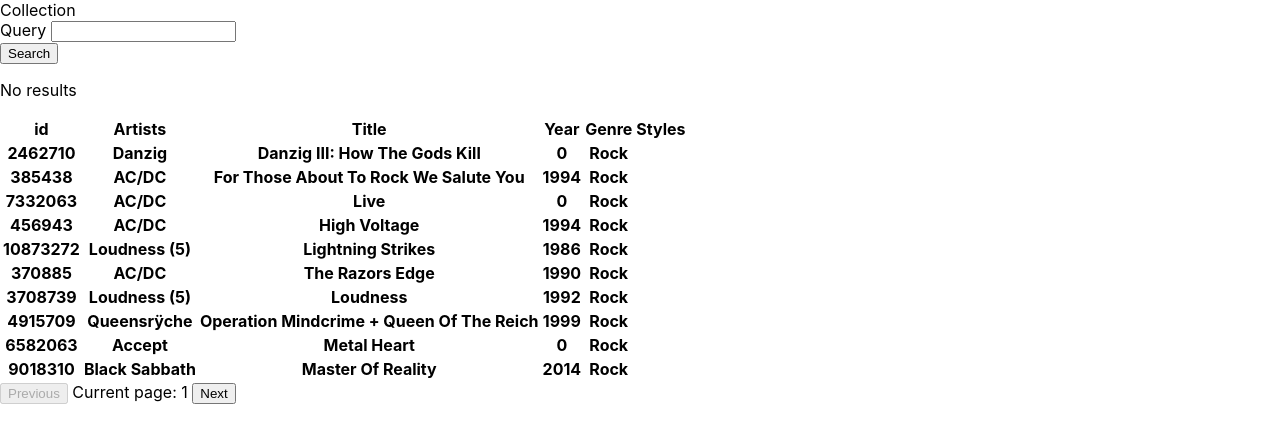
Repository: ivan-baljkas/pristupni_zadatak
Page: / (app in frontend/react-akademija-master/)
The author's editor kept a copy of each file at every save. The page is drawn from the files as they stood at one save, then again after the next save.
The browser window is 1280 px wide. The pictures show the whole page.
The project was rebuilt for these pictures with package versions that can differ from the ones it lists, and the page was loaded fresh each time.

Above is the page before, as saved 2021-07-21 13:34:02.

### frontend/react-akademija-master/src/App.js
import React from "react";
import { SearchForm } from "./components/SearchForm";
import { CollectionTable } from "./components/CollectionTable";
import { TableItem } from "./components/TableItem";
import { Pagination } from "./components/Pagination";
import data from "./data.json";

const App = () => {
  console.log(data);

  return (
    <div>
      <header>
        Collection
      </header>
      <SearchForm>
          No results
        </SearchForm>
        <CollectionTable>
        {data.releases.map(release=>(
          <TableItem id={release.id} {...release}/>
        ))}
        </CollectionTable>
        <Pagination currentPage={1} pages={2} />
    </div>
  );
};

export default App;

### frontend/react-akademija-master/src/components/SearchForm.jsx
import React, { Component } from 'react'

export const SearchForm = (props) =>{

    return(
        <div>
            <div>
                <label htmlFor="query">Query </label>
                <input type="text" id="query"/>
            </div>
            <div>
                <button type="button">Search</button>
                <p>{props.children}</p>
            </div>

        </div>
    );
};

### frontend/react-akademija-master/src/components/CollectionTable.jsx
import React, { Component } from 'react'
import { TableItem } from './TableItem';
export const CollectionTable = (props) =>{

    return(
        <div>
            <table>
            <thead>
                <tr>
                    <th>id</th>
                    <th>Artists</th>
                    <th>Title</th>
                    <th>Year</th>
                    <th>Genre</th>
                    <th>Styles</th>
                </tr>
            </thead>
             <tbody>
                {props.children}
            </tbody>

            </table>
        </div>
    );
};

### frontend/react-akademija-master/src/components/TableItem.jsx
import React, { Component } from 'react'

export const TableItem = (props) =>{

    return(
                <tr>
                    <th>{props.id}</th>
                    <th>{props.basic_information.artists[0].name}</th>
                    <th>{props.basic_information.title}</th>
                    <th>{props.basic_information.year}</th>
                    <th>{props.basic_information.genres}</th>
                    <th>{props.styles}</th>
                </tr>
    );
};

### frontend/react-akademija-master/src/components/Pagination.jsx
import React, { Component } from 'react'

export const Pagination = (props) =>{

    return(
        <div>
            <button type="button" disabled = {props.currentPage === 1}>Previous</button>
             <span>  Current page:  {props.currentPage} </span>
             <button type="button"disabled = {props.currentPage === props.pages}>Next</button>
        </div>
    );
};

### frontend/react-akademija-master/src/data.json
{
  "pagination": {
    "page": 1,
    "pages": 26,
    "per_page": 10,
    "items": 255,
    "urls": {
      "first": "https://api.discogs.com/users/adrianmusiccollector/collection/folders/0/releases?per_page=10&page=1",
      "last": "https://api.discogs.com/users/adrianmusiccollector/collection/folders/0/releases?per_page=10&page=26",
      "prev": "https://api.discogs.com/users/adrianmusiccollector/collection/folders/0/releases?per_page=10&page=1",
      "next": "https://api.discogs.com/users/adrianmusiccollector/collection/folders/0/releases?per_page=10&page=3"
    }
  },
  "releases": [
    {
      "id": 2462710,
      "instance_id": 495199692,
      "date_added": "2020-08-04T08:57:28-07:00",
      "rating": 0,
      "basic_information": {
        "id": 2462710,
        "master_id": 28197,
        "master_url": "https://api.discogs.com/masters/28197",
        "resource_url": "https://api.discogs.com/releases/2462710",
        "thumb": "",
        "cover_image": "",
        "title": "Danzig III: How The Gods Kill",
        "year": 0,
        "formats": [
          { "name": "CD", "qty": "1", "descriptions": ["Album", "Reissue"] }
        ],
        "labels": [
          {
            "name": "American Recordings",
            "catno": "491785 2",
            "entity_type": "1",
            "entity_type_name": "Label",
            "id": 2569,
            "resource_url": "https://api.discogs.com/labels/2569"
          },
          {
            "name": "Columbia",
            "catno": "02-491785-10",
            "entity_type": "1",
            "entity_type_name": "Label",
            "id": 1866,
            "resource_url": "https://api.discogs.com/labels/1866"
          }
        ],
        "artists": [
          {
            "name": "Danzig",
            "anv": "",
            "join": "",
            "role": "",
            "tracks": "",
            "id": 217411,
            "resource_url": "https://api.discogs.com/artists/217411"
          }
        ],
        "genres": ["Rock"],
        "styles": ["Blues Rock", "Hard Rock", "Heavy Metal"]
      }
    },
    {
      "id": 385438,
      "instance_id": 495284040,
      "date_added": "2020-08-04T15:46:56-07:00",
      "rating": 0,
      "basic_information": {
        "id": 385438,
        "master_id": 8636,
        "master_url": "https://api.discogs.com/masters/8636",
        "resource_url": "https://api.discogs.com/releases/385438",
        "thumb": "",
        "cover_image": "",
        "title": "For Those About To Rock We Salute You",
        "year": 1994,
        "formats": [
          {
            "name": "CD",
            "qty": "1",
            "descriptions": ["Album", "Reissue", "Remastered"]
          }
        ],
        "labels": [
          {
            "name": "ATCO Records",
            "catno": "7567-92412-2",
            "entity_type": "1",
            "entity_type_name": "Label",
            "id": 3820,
            "resource_url": "https://api.discogs.com/labels/3820"
          }
        ],
        "artists": [
          {
            "name": "AC/DC",
            "anv": "",
            "join": "",
            "role": "",
            "tracks": "",
            "id": 84752,
            "resource_url": "https://api.discogs.com/artists/84752"
          }
        ],
        "genres": ["Rock"],
        "styles": ["Hard Rock"]
      }
    },
    {
      "id": 7332063,
      "instance_id": 495260051,
      "date_added": "2020-08-04T14:14:50-07:00",
      "rating": 0,
      "basic_information": {
        "id": 7332063,
        "master_id": 8580,
        "master_url": "https://api.discogs.com/masters/8580",
        "resource_url": "https://api.discogs.com/releases/7332063",
        "thumb": "",
        "cover_image": "",
        "title": "Live",
        "year": 0,
        "formats": [
          { "name": "CD", "qty": "2", "descriptions": ["Album", "Reissue"] }
        ],
        "labels": [
          {
            "name": "ATCO Records",
            "catno": "7567-92212-2",
            "entity_type": "1",
            "entity_type_name": "Label",
            "id": 3820,
            "resource_url": "https://api.discogs.com/labels/3820"
          },
          {
            "name": "Albert Productions",
            "catno": "7567-92212-2",
            "entity_type": "1",
            "entity_type_name": "Label",
            "id": 33440,
            "resource_url": "https://api.discogs.com/labels/33440"
          }
        ],
        "artists": [
          {
            "name": "AC/DC",
            "anv": "",
            "join": "",
            "role": "",
            "tracks": "",
            "id": 84752,
            "resource_url": "https://api.discogs.com/artists/84752"
          }
        ],
        "genres": ["Rock"],
        "styles": ["Hard Rock", "Rock & Roll"]
      }
    },
    {
      "id": 456943,
      "instance_id": 495284592,
      "date_added": "2020-08-04T15:48:52-07:00",
      "rating": 0,
      "basic_information": {
        "id": 456943,
        "master_id": 8437,
        "master_url": "https://api.discogs.com/masters/8437",
        "resource_url": "https://api.discogs.com/releases/456943",
        "thumb": "",
        "cover_image": "",
        "title": "High Voltage",
        "year": 1994,
        "formats": [
          {
            "name": "CD",
            "qty": "1",
            "descriptions": ["Album", "Reissue", "Remastered"]
          }
        ],
        "labels": [
          {
            "name": "ATCO Records",
            "catno": "7567-92413-2",
            "entity_type": "1",
            "entity_type_name": "Label",
            "id": 3820,
            "resource_url": "https://api.discogs.com/labels/3820"
          },
          {
            "name": "ATCO Records",
            "catno": "92413-2",
            "entity_type": "1",
            "entity_type_name": "Label",
            "id": 3820,
            "resource_url": "https://api.discogs.com/labels/3820"
          }
        ],
        "artists": [
          {
            "name": "AC/DC",
            "anv": "",
            "join": "",
            "role": "",
            "tracks": "",
            "id": 84752,
            "resource_url": "https://api.discogs.com/artists/84752"
          }
        ],
        "genres": ["Rock"],
        "styles": ["Hard Rock"]
      }
    },
    {
      "id": 10873272,
      "instance_id": 719463895,
      "date_added": "2021-05-31T11:07:58-07:00",
      "rating": 0,
      "basic_information": {
        "id": 10873272,
        "master_id": 315130,
        "master_url": "https://api.discogs.com/masters/315130",
        "resource_url": "https://api.discogs.com/releases/10873272",
        "thumb": "",
        "cover_image": "",
        "title": "Lightning Strikes",
        "year": 1986,
        "formats": [{ "name": "CD", "qty": "1", "descriptions": ["Album"] }],
        "labels": [
          {
            "name": "ATCO Records",
            "catno": "790 512-2",
            "entity_type": "1",
            "entity_type_name": "Label",
            "id": 3820,
            "resource_url": "https://api.discogs.com/labels/3820"
          },
          {
            "name": "ATCO Records",
            "catno": "90512-2",
            "entity_type": "1",
            "entity_type_name": "Label",
            "id": 3820,
            "resource_url": "https://api.discogs.com/labels/3820"
          }
        ],
        "artists": [
          {
            "name": "Loudness (5)",
            "anv": "",
            "join": "",
            "role": "",
            "tracks": "",
            "id": 594808,
            "resource_url": "https://api.discogs.com/artists/594808"
          }
        ],
        "genres": ["Rock"],
        "styles": ["Hard Rock", "Heavy Metal"]
      }
    },
    {
      "id": 370885,
      "instance_id": 495193819,
      "date_added": "2020-08-04T08:15:48-07:00",
      "rating": 0,
      "basic_information": {
        "id": 370885,
        "master_id": 8670,
        "master_url": "https://api.discogs.com/masters/8670",
        "resource_url": "https://api.discogs.com/releases/370885",
        "thumb": "",
        "cover_image": "",
        "title": "The Razors Edge",
        "year": 1990,
        "formats": [{ "name": "CD", "qty": "1", "descriptions": ["Album"] }],
        "labels": [
          {
            "name": "ATCO Records",
            "catno": "7567-91413-2",
            "entity_type": "1",
            "entity_type_name": "Label",
            "id": 3820,
            "resource_url": "https://api.discogs.com/labels/3820"
          },
          {
            "name": "ATCO Records",
            "catno": "7567-91413-2 YS",
            "entity_type": "1",
            "entity_type_name": "Label",
            "id": 3820,
            "resource_url": "https://api.discogs.com/labels/3820"
          },
          {
            "name": "Albert Productions",
            "catno": "7567-91413-2",
            "entity_type": "1",
            "entity_type_name": "Label",
            "id": 33440,
            "resource_url": "https://api.discogs.com/labels/33440"
          },
          {
            "name": "Albert Productions",
            "catno": "7567-91413-2 YS",
            "entity_type": "1",
            "entity_type_name": "Label",
            "id": 33440,
            "resource_url": "https://api.discogs.com/labels/33440"
          }
        ],
        "artists": [
          {
            "name": "AC/DC",
            "anv": "",
            "join": "",
            "role": "",
            "tracks": "",
            "id": 84752,
            "resource_url": "https://api.discogs.com/artists/84752"
          }
        ],
        "genres": ["Rock"],
        "styles": ["Hard Rock"]
      }
    },
    {
      "id": 3708739,
      "instance_id": 659792917,
      "date_added": "2021-04-01T02:51:07-07:00",
      "rating": 0,
      "basic_information": {
        "id": 3708739,
        "master_id": 451115,
        "master_url": "https://api.discogs.com/masters/451115",
        "resource_url": "https://api.discogs.com/releases/3708739",
        "thumb": "",
        "cover_image": "",
        "title": "Loudness",
        "year": 1992,
        "formats": [{ "name": "CD", "qty": "1", "descriptions": ["Album"] }],
        "labels": [
          {
            "name": "ATCO Records",
            "catno": "WPCL-657",
            "entity_type": "1",
            "entity_type_name": "Label",
            "id": 3820,
            "resource_url": "https://api.discogs.com/labels/3820"
          },
          {
            "name": "Warner Music Japan",
            "catno": "WPCL-657",
            "entity_type": "1",
            "entity_type_name": "Label",
            "id": 52253,
            "resource_url": "https://api.discogs.com/labels/52253"
          }
        ],
        "artists": [
          {
            "name": "Loudness (5)",
            "anv": "",
            "join": "",
            "role": "",
            "tracks": "",
            "id": 594808,
            "resource_url": "https://api.discogs.com/artists/594808"
          }
        ],
        "genres": ["Rock"],
        "styles": ["Speed Metal", "Hard Rock", "Heavy Metal"]
      }
    },
    {
      "id": 4915709,
      "instance_id": 495258801,
      "date_added": "2020-08-04T14:09:39-07:00",
      "rating": 0,
      "basic_information": {
        "id": 4915709,
        "master_id": 578071,
        "master_url": "https://api.discogs.com/masters/578071",
        "resource_url": "https://api.discogs.com/releases/4915709",
        "thumb": "",
        "cover_image": "",
        "title": "Operation Mindcrime + Queen Of The Reich ",
        "year": 1999,
        "formats": [
          {
            "name": "CD",
            "qty": "2",
            "text": "Media book",
            "descriptions": [
              "Compilation",
              "Deluxe Edition",
              "Reissue",
              "Remastered"
            ]
          }
        ],
        "labels": [
          {
            "name": "Axe Killer Records",
            "catno": "3052182",
            "entity_type": "1",
            "entity_type_name": "Label",
            "id": 83934,
            "resource_url": "https://api.discogs.com/labels/83934"
          },
          {
            "name": "Axe Killer Records",
            "catno": "Wag 351",
            "entity_type": "1",
            "entity_type_name": "Label",
            "id": 83934,
            "resource_url": "https://api.discogs.com/labels/83934"
          }
        ],
        "artists": [
          {
            "name": "Queensr\u00ffche",
            "anv": "",
            "join": "",
            "role": "",
            "tracks": "",
            "id": 255363,
            "resource_url": "https://api.discogs.com/artists/255363"
          }
        ],
        "genres": ["Rock"],
        "styles": ["Heavy Metal"]
      }
    },
    {
      "id": 6582063,
      "instance_id": 495262219,
      "date_added": "2020-08-04T14:24:02-07:00",
      "rating": 0,
      "basic_information": {
        "id": 6582063,
        "master_id": 29521,
        "master_url": "https://api.discogs.com/masters/29521",
        "resource_url": "https://api.discogs.com/releases/6582063",
        "thumb": "",
        "cover_image": "",
        "title": "Metal Heart",
        "year": 0,
        "formats": [
          {
            "name": "CD",
            "qty": "1",
            "descriptions": ["Album", "Reissue", "Remastered", "Repress"]
          }
        ],
        "labels": [
          {
            "name": "BMG",
            "catno": "74321 93213 2",
            "entity_type": "1",
            "entity_type_name": "Label",
            "id": 1003,
            "resource_url": "https://api.discogs.com/labels/1003"
          },
          {
            "name": "RCA",
            "catno": "74321 93213 2",
            "entity_type": "1",
            "entity_type_name": "Label",
            "id": 895,
            "resource_url": "https://api.discogs.com/labels/895"
          },
          {
            "name": "Musicline.de",
            "catno": "74321 93213 2",
            "entity_type": "1",
            "entity_type_name": "Label",
            "id": 651772,
            "resource_url": "https://api.discogs.com/labels/651772"
          }
        ],
        "artists": [
          {
            "name": "Accept",
            "anv": "",
            "join": "",
            "role": "",
            "tracks": "",
            "id": 271475,
            "resource_url": "https://api.discogs.com/artists/271475"
          }
        ],
        "genres": ["Rock"],
        "styles": ["Heavy Metal"]
      }
    },
    {
      "id": 9018310,
      "instance_id": 495282966,
      "date_added": "2020-08-04T15:43:26-07:00",
      "rating": 0,
      "basic_information": {
        "id": 9018310,
        "master_id": 4844,
        "master_url": "https://api.discogs.com/masters/4844",
        "resource_url": "https://api.discogs.com/releases/9018310",
        "thumb": "",
        "cover_image": "",
        "title": "Master Of Reality",
        "year": 2014,
        "formats": [
          {
            "name": "CD",
            "qty": "1",
            "text": "Digipak",
            "descriptions": ["Album", "Reissue", "Remastered"]
          }
        ],
        "labels": [
          {
            "name": "BMG",
            "catno": "2730325",
            "entity_type": "1",
            "entity_type_name": "Label",
            "id": 1003,
            "resource_url": "https://api.discogs.com/labels/1003"
          },
          {
            "name": "Sanctuary",
            "catno": "2730325",
            "entity_type": "1",
            "entity_type_name": "Label",
            "id": 28233,
            "resource_url": "https://api.discogs.com/labels/28233"
          }
        ],
        "artists": [
          {
            "name": "Black Sabbath",
            "anv": "",
            "join": "",
            "role": "",
            "tracks": "",
            "id": 144998,
            "resource_url": "https://api.discogs.com/artists/144998"
          }
        ],
        "genres": ["Rock"],
        "styles": ["Hard Rock", "Heavy Metal"]
      }
    }
  ]
}

Loaded but not shown: frontend/react-akademija-master/public/index.html (common file); frontend/react-akademija-master/src/index.js (common file); frontend/react-akademija-master/src/index.css (common file); frontend/react-akademija-master/src/reportWebVitals.js (common file)

After the next save:
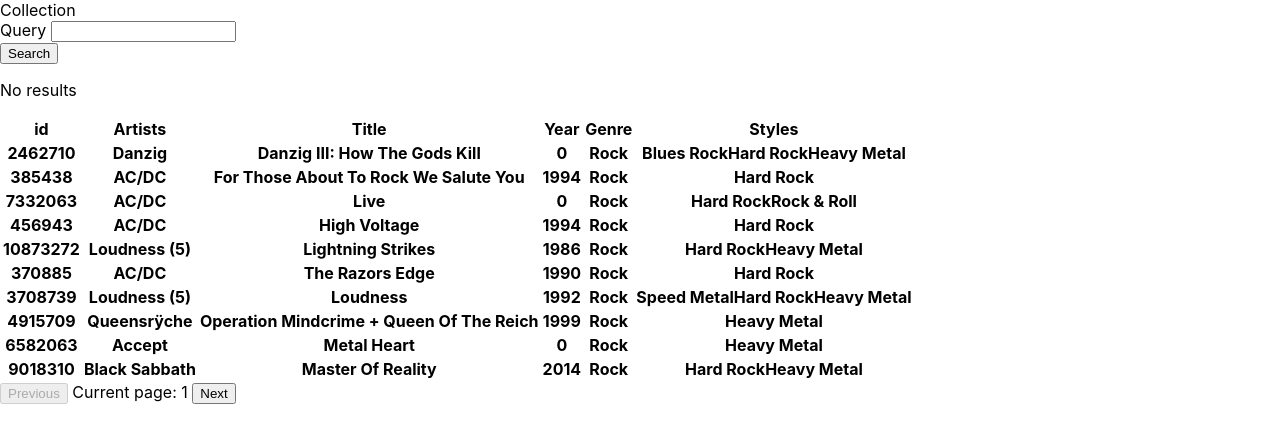
Saved 40 s later.
--- a/frontend/react-akademija-master/src/components/TableItem.jsx
+++ b/frontend/react-akademija-master/src/components/TableItem.jsx
@@ -9,7 +9,7 @@
                     <th>{props.basic_information.title}</th>
                     <th>{props.basic_information.year}</th>
                     <th>{props.basic_information.genres}</th>
-                    <th>{props.styles}</th>
+                    <th>{props.basic_information.styles}</th>
                 </tr>
     );
 };
